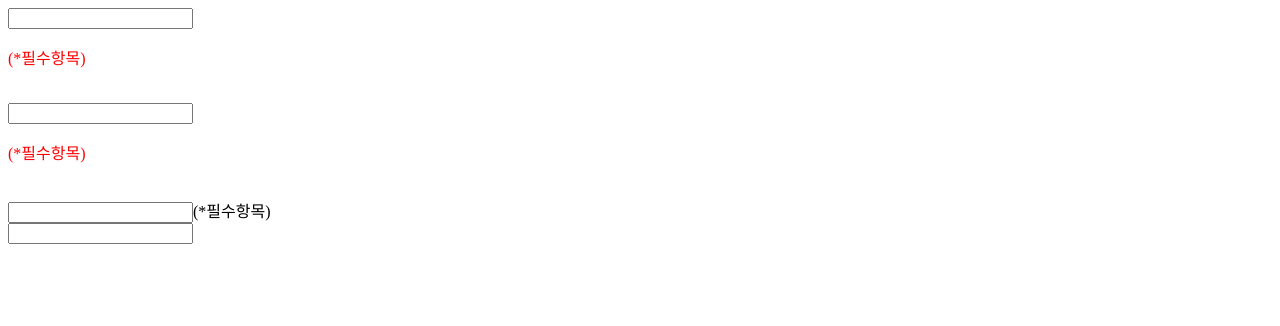
Repository: hangilyon/allJSPStudy
Page: javascript/quiz06_NewMember/register.html
These files come from the project's save history. The page is drawn as it stood at one moment and after the next save; the edit follows.
The browser window is 1280 px wide. The pictures show the whole page.

Above is the page before, as saved 2021-10-15 07:33:39.

After the next save:
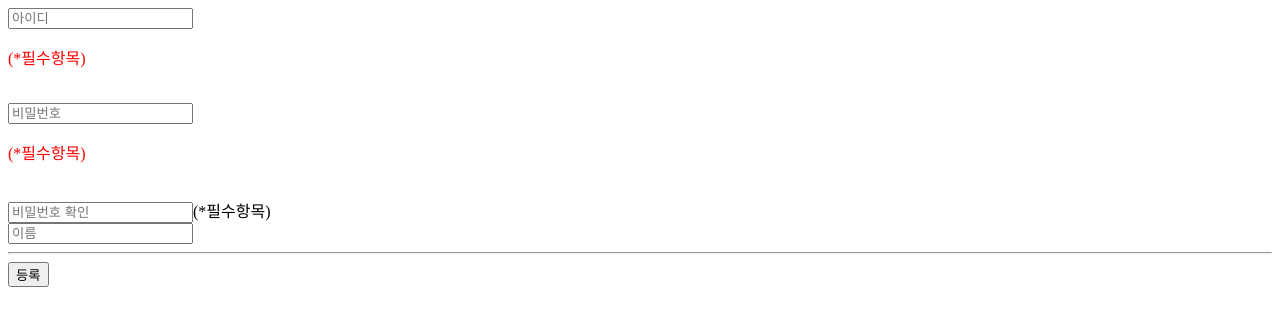
Saved 80 s later.
--- a/javascript/quiz06_NewMember/register.html
+++ b/javascript/quiz06_NewMember/register.html
@@ -10,9 +10,11 @@ color: red;
 </style>
 </head>
 <body>
-<input type="text"><p>(*필수항목)</p><br>
-<input type="text"><p>(*필수항목)</p><br>
-<input type="text"><label>(*필수항목)</label><br>
-<input type="text">
+<input type="text" placeholder="아이디"><p>(*필수항목)</p><br>
+<input type="text" placeholder="비밀번호"><p>(*필수항목)</p><br>
+<input type="text" placeholder="비밀번호 확인"><label>(*필수항목)</label><br>
+<input type="text" placeholder="이름">
+<hr>
+<input type="button" value="등록" onclick="">
 </body>
 </html>
